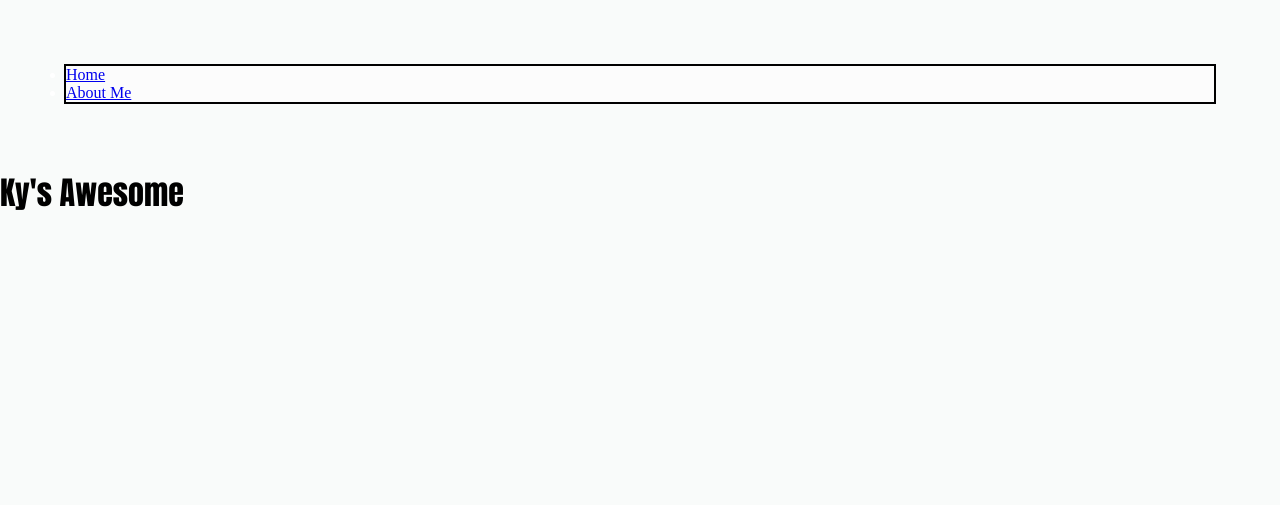
Repository: monicaifijeh/test2
Page: kyportfolio/src/index.html
These files come from the project's save history. The page is drawn as it stood at one moment and after a run of saves; the edit follows.
The browser window is 1280 px wide. The pictures show the whole page.

Above is the page before, as saved 2024-12-18 20:35:10.

After the next 3 saves:
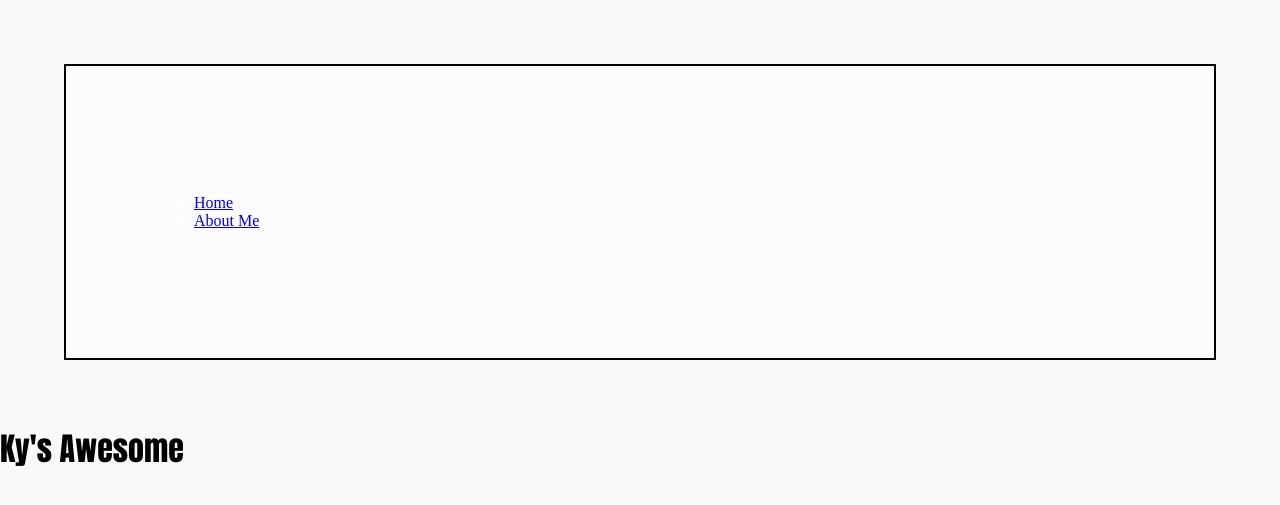
The 3 saves are shown as one change because they came seconds apart.
The last was saved 9 s later.
--- a/kyportfolio/src/mystyleOne.css
+++ b/kyportfolio/src/mystyleOne.css
@@ -22,5 +22,5 @@ nav{
   color: white;
   border: 2px solid black;
   margin: 5%;
-  padding: px;
+  padding: 10%;
 }
